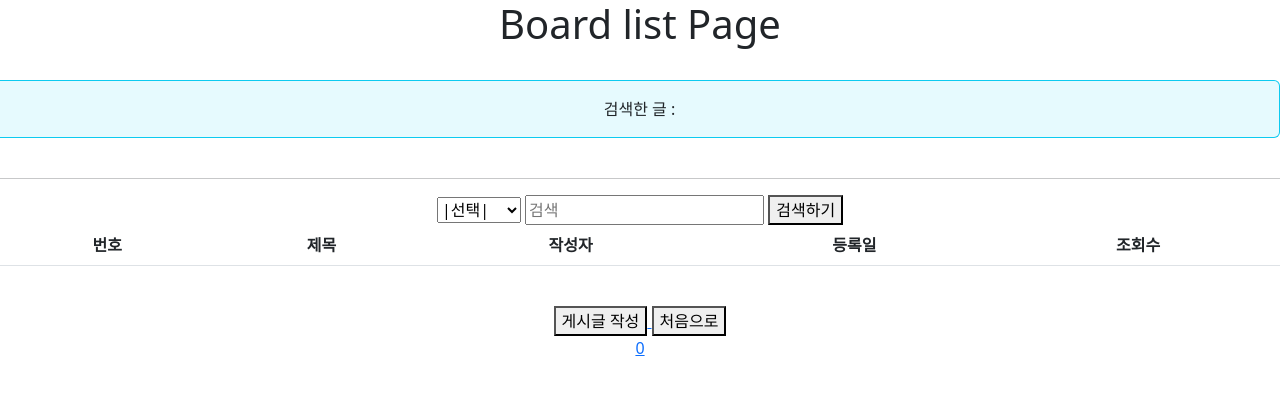
Repository: bbqju13/20230613spring
Page: http://localhost/spring/WEB-INF/views/board/list.jsp
The author's editor kept a copy of each file at every save. The page is drawn from the files as they stood at one save, then again after the next save.
The browser window is 1280 px wide. The pictures show the whole page.
The page is served by Tomcat 9. Nobody is signed in. The template is opened directly, without the code that normally fills it, so the values that code supplies are empty.

Above is the page before, as saved 2023-06-09 01:41:12.

After the next save:
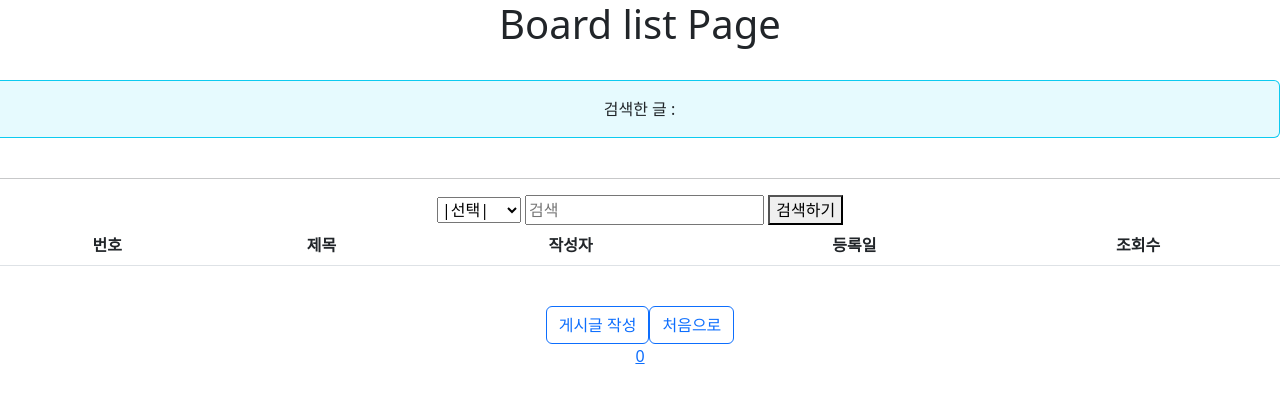
Saved 109 s later.
--- a/_spring_project1/spring/src/main/webapp/WEB-INF/views/board/list.jsp
+++ b/_spring_project1/spring/src/main/webapp/WEB-INF/views/board/list.jsp
@@ -69,8 +69,10 @@ body {
 	</tbody>
 </table>
 <br>
-<a href="/board/register"> <button>게시글 작성</button> </a>
-<a href="/"> <button type="button">처음으로</button> </a>
+<div class="btn-group" role="group" aria-label="Basic outlined example">
+<a href="/board/register"> <button type="button" class="btn btn-outline-primary">게시글 작성</button> </a>
+<a href="/"> <button type="button" class="btn btn-outline-primary">처음으로</button> </a>
+</div>
 <!-- Paging Line -->
 <div>
 	<c:if test="${ph.prev }">
